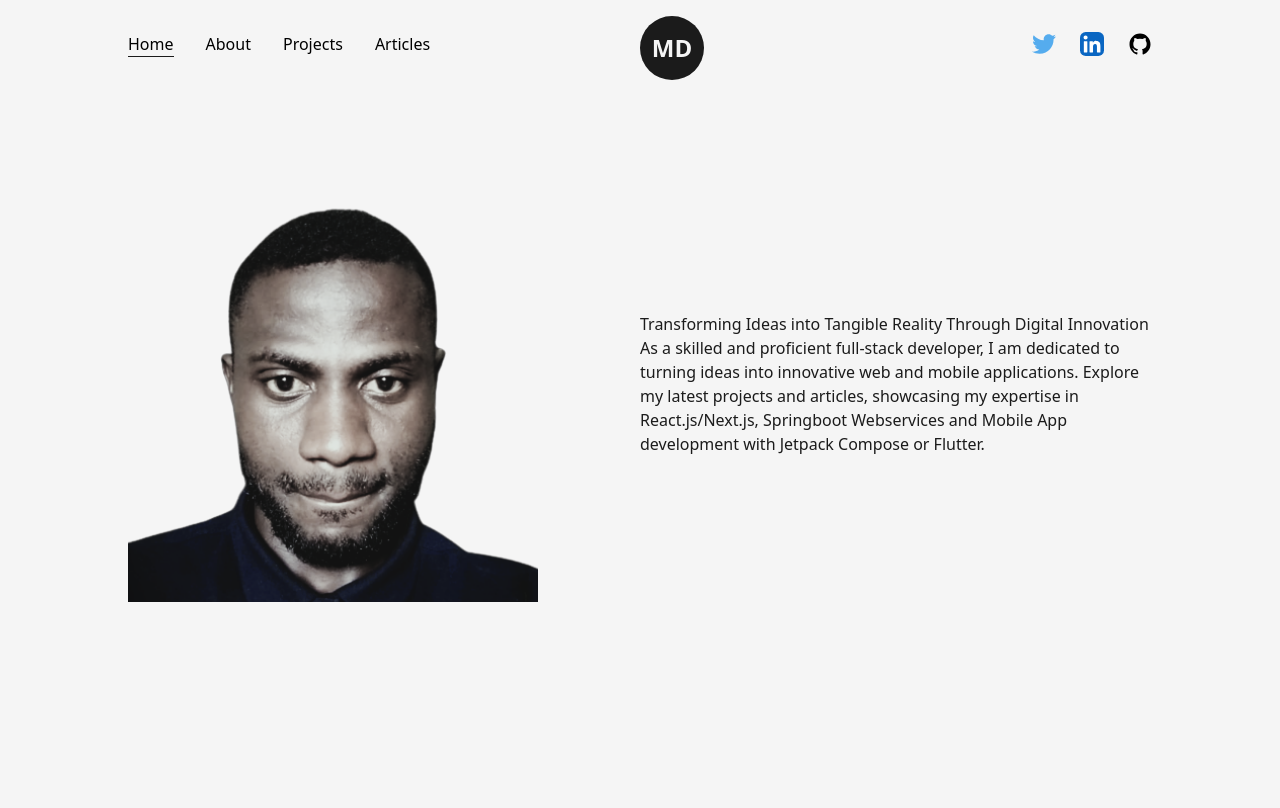
Repository: marcusdashe/situs
Page: /
The author's editor kept a copy of each file at every save. The page is drawn from the files as they stood at one save, then again after the next save.
The browser window is 1280 px wide. The pictures show the whole page.
The project was rebuilt for these pictures with package versions that can differ from the ones it lists, and the page was loaded fresh each time. The framework's server and built-in components were replaced by stand-ins that run in the browser.

Above is the page before, as saved 2023-06-15 17:39:58.

### src/pages/_app.js
import Navbar from "@/components/Navbar";
import "@/styles/globals.css";
import Head from "next/head";
// import { IBM_Plex_Sans } from "next/font/google";

// const ibm = IBM_Plex_Sans({
//   subsets: ["latin"],
//   variable: "--font-mont",
// });

export default function App({ Component, pageProps }) {
  return (
    <>
      <Head>
        <meta name="viewport" content="width=device-width, initial-scale=1" />
        <link rel="icon" href="/favicon.ico" />
      </Head>
      <main className={`  bg-light w-full min-h-screen`}>
        <Navbar />
        <Component {...pageProps} />
      </main>
    </>
  );
}

### src/components/Navbar.jsx
import React from "react";
import { useRouter } from "next/router";
import Link from "next/link";
import Logo from "./Logo";
import { TwitterIcon, GithubIcon, LinkedInIcon } from "./Icons";
import { motion } from "framer-motion";

const CustomLink = ({ href, title, className = "" }) => {
  const router = useRouter();

  return (
    <Link href={href} className={`${className} relative group`}>
      {title}
      <span
        className={`h-[1px] inline-block bg-dark absolute left-0 -bottom-0.5 group-hover:w-full transition-[width] ease duration-300 ${
          router.asPath === href ? "w-full" : "w-0"
        }`}
      >
        &nbsp;
      </span>
    </Link>
  );
};

const Navbar = () => {
  return (
    <header
      className="w-full px-32 py-8 font-medium
            flex items-center justify-between"
    >
      <nav>
        <CustomLink href="/" title="Home" className="mr-4" />
        <CustomLink href="/about" title="About" className="mx-4" />
        <CustomLink href="/projects" title="Projects" className="mx-4" />
        <CustomLink href="/articles" title="Articles" className="ml-4" />
      </nav>

      <nav className="flex items-center justify-center flex-wrap">
        <motion.a
          href="https://www.twitter.com/marcusdashe"
          target={"_blank"}
          whileHover={{
            y: -2,
          }}
          whileTap={{ scale: 0.9 }}
          className="w-6 mx-3"
        >
          <TwitterIcon className="" />
        </motion.a>
        <motion.a
          href="https://www.linkedin.com/in/marcus-dashe-15a088202"
          target={"_blank"}
          whileHover={{
            y: -2,
          }}
          whileTap={{ scale: 0.9 }}
          className="w-6 mx-3"
        >
          <LinkedInIcon />
        </motion.a>
        <motion.a
          href="https://www.github.com/marcusdashe"
          target={"_blank"}
          whileHover={{
            y: -2,
          }}
          whileTap={{ scale: 0.9 }}
          className="w-6 ml-3"
        >
          <GithubIcon />
        </motion.a>
      </nav>
      <div className="absolute left-[50%] top-2 translate-x-[-50]">
        <Logo />
      </div>
    </header>
  );
};

export default Navbar;

### src/styles/globals.css
@import url("https://fonts.googleapis.com/css2?family=IBM+Plex+Sans:ital,wght@0,100;0,200;0,300;1,100;1,200&family=Inter:wght@300;400;500;600;700;800;900&display=swap");

@tailwind base;
@tailwind components;
@tailwind utilities;

### src/components/Layout.jsx
import React from "react";

const Layout = ({ children, className = "" }) => {
  return (
    <div className={`${className} w-full inline-block z-0 bg-light p-32  `}>
      {children}
    </div>
  );
};

export default Layout;

### src/components/AnimatedText.jsx
import React from "react";

const AnimatedText = () => {
  return (
    <div>
      <h1>
        Transforming Ideas into Tangible Reality Through Digital Innovation
      </h1>
    </div>
  );
};

export default AnimatedText;

### src/components/Logo.jsx
"use client";

import React from "react";
import Link from "next/link";
import { motion } from "framer-motion";

const MotionLink = motion(Link);

const Logo = () => {
  return (
    <div className="flex items-center justify-center mt-2">
      <MotionLink
        href="/"
        className="w-16 h-16 bg-dark text-light flex items-center
        justify-center rounded-full text-2xl font-bold hover
      "
        whileHover={{
          scale: 1.5,
          backgroundColor: [
            "#121212",
            "rgba(131,58,180,1)",
            "rgba(253,29,29,1)",
            "rgba(252,176,69,1)",
            "rgba(131,58,180,1)",
            "#121212",
          ],
          transition: {
            duration: 1,
            repeat: Infinity,
          },
        }}
      >
        MD
      </MotionLink>
    </div>
  );
};

export default Logo;

Loaded but not shown: src/pages/index.js (45 lines, source omitted); tailwind.config.js (27 lines, source omitted); src/components/Icons.jsx (463 lines, source omitted)

After the next save:
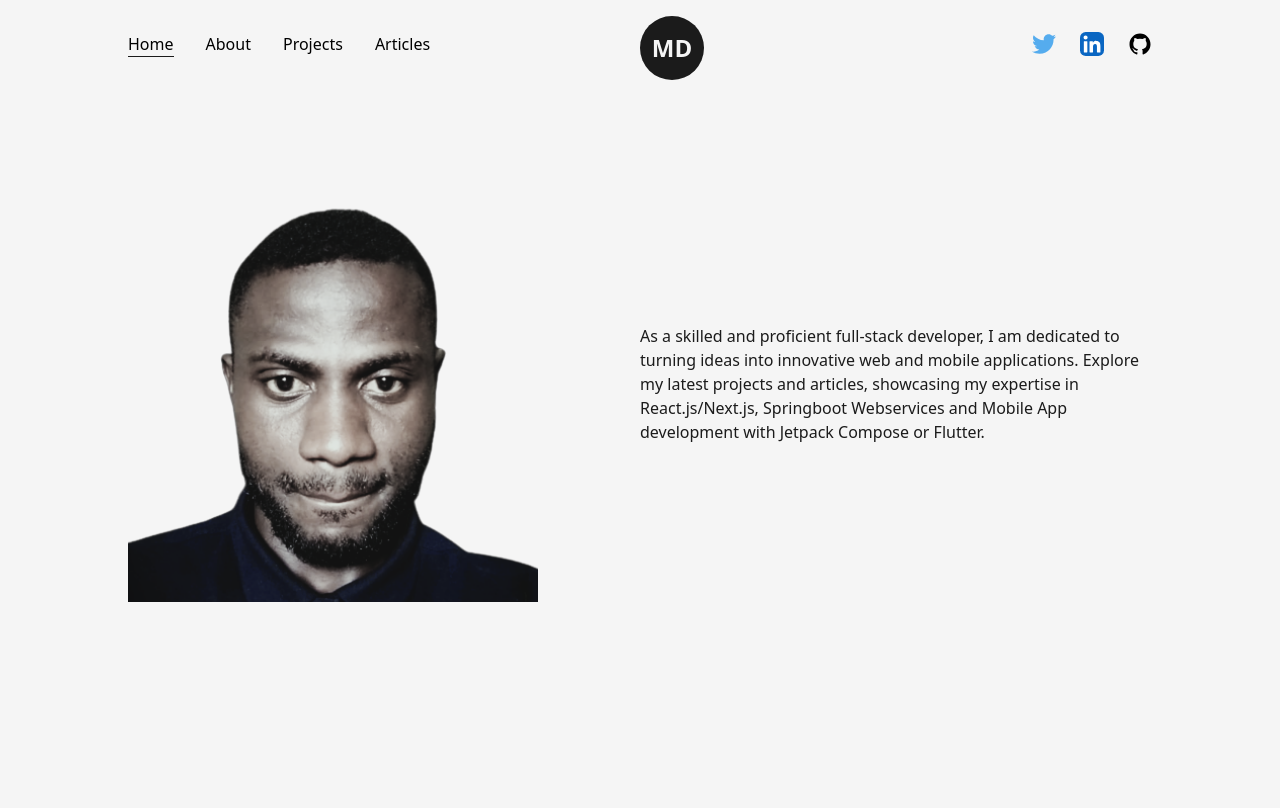
Saved 12 s later.
--- a/src/components/AnimatedText.jsx
+++ b/src/components/AnimatedText.jsx
@@ -1,11 +1,9 @@
 import React from "react";
 
-const AnimatedText = () => {
+const AnimatedText = ({ text, className = "" }) => {
   return (
     <div>
-      <h1>
-        Transforming Ideas into Tangible Reality Through Digital Innovation
-      </h1>
+      <h1></h1>
     </div>
   );
 };
